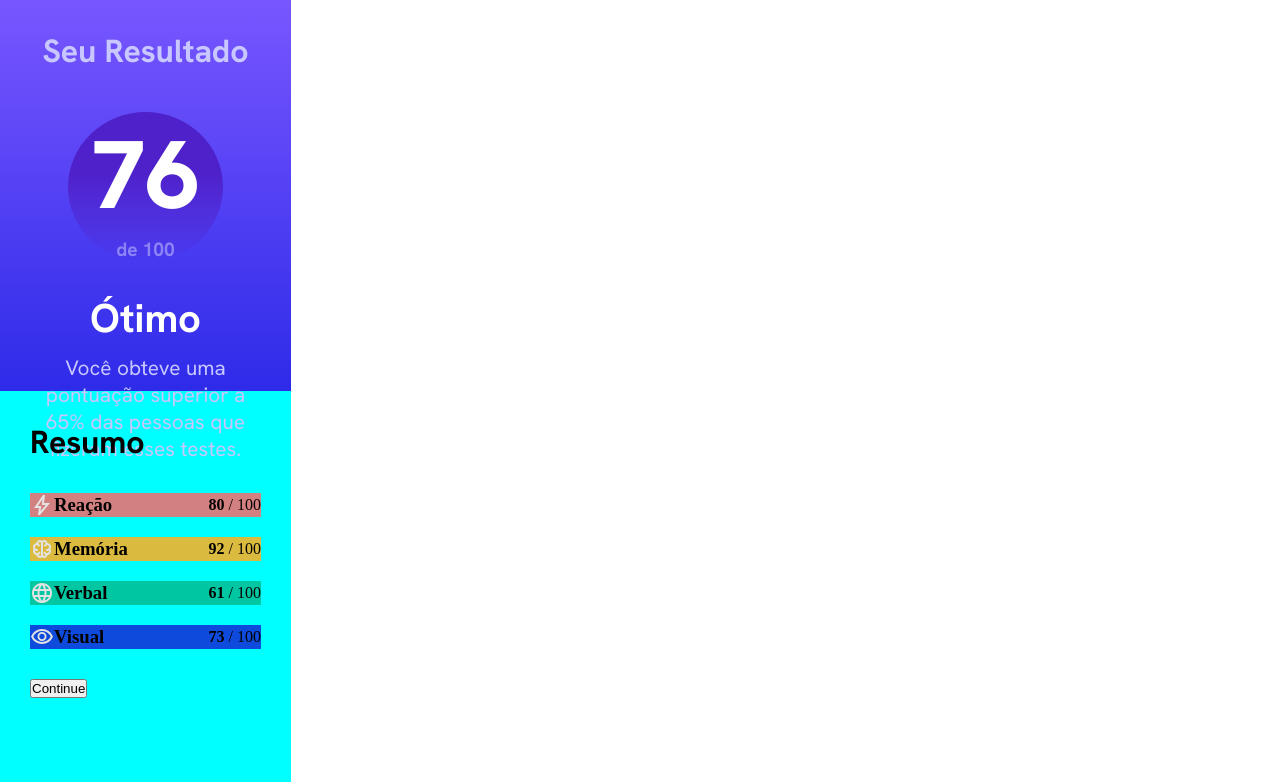
Repository: caique2512/resumo-de-resultados
Page: index.html
The author's editor kept a copy of each file at every save. The page is drawn from the files as they stood at one save, then again after a run of saves.
The browser window is 1280 px wide. The pictures show the whole page.

Above is the page before, as saved 2026-03-10 17:38:19.

### index.html
<!DOCTYPE html>
<html lang="pt-br">
<head>
    <meta charset="UTF-8">
    <meta name="viewport" content="width=device-width, initial-scale=1.0">
    <title>Resumo de Resultados</title>
    <link rel="stylesheet" href="src/css/estilos.css">
    <link rel="stylesheet" href="src/css/reset.css">
</head>
<body>
    <main class="conteudo">
        <div class="principal">
            <h1 class="titulo">Seu Resultado</h1>
            <div class="circulo">
                <h2>76</h2>
                <p>de 100</p>
            </div>
            <h2 class="avaliacao">Ótimo</h2>
            <p class="subtitle">Você obteve uma pontuação superior a 65% das pessoas que fizeram esses testes.</p>
        </div>
        <div class="resultado">
            <h1 class="titulo1">Resumo</h1>
            <div class="classes">
                <div class="resumo1">
                    <div>
                        <img src="./src/images/raio.svg" alt="Raio">
                        <h3>Reação</h3>
                    </div>
                    <p><strong>80</strong> / 100</p>
                </div>
                <div class="resumo2">
                    <div>
                        <img src="./src/images/memoria.svg" alt="Memória">
                        <h3>Memória</h3>
                    </div>
                    <p><strong>92</strong> / 100</p>
                </div>
                <div class="resumo3">
                    <div>
                        <img src="./src/images/mensagem.svg" alt="Mensagem">
                        <h3>Verbal</h3>
                    </div>
                    <p><strong>61</strong> / 100</p>
                </div>
                <div class="resumo4">
                    <div>
                        <img src="./src/images/olho.svg" alt="olho">
                        <h3>Visual</h3>
                    </div>
                    <p><strong>73</strong> / 100</p>
                </div>
            </div>
            <button class="btn-resumo">Continue</button>
        </div>
    </main>
</body>
</html>

### src/css/estilos.css
@import url('https://fonts.googleapis.com/css2?family=Hanken+Grotesk:ital,wght@0,100..900;1,100..900&display=swap');


.principal {
    background: linear-gradient(hsl(252, 100%, 67%), hsl(241, 81%, 54%));
    width: 291px;
    height: 391px;
    display: flex;
    flex-direction: column;
    align-items: center;
}

.titulo {
    color: hsl(241, 100%, 89%);
    font-family: "Hanken Grotesk";
    margin-top: 30px;
    font-size: 2rem;
}

.circulo {
    background: linear-gradient(hsla(256, 72%, 46%, 1) 40%, hsla(241, 72%, 46%, 0));
    width: 155px;
    height: 155px;
    border-radius: 50%;
    display: flex;
    align-items: center;
    justify-content: center;
    flex-direction: column;
    margin-top: 2.5rem;
}

.circulo h2 {
    font-size: 6rem;
    font-family: "Hanken Grotesk";
    font-weight: 800;
    color: hsl(0, 0%, 100%);
}

.circulo p {
    color: hsla(241, 100%, 89%, 0.538);
    font-family: "Hanken Grotesk";
    font-weight: 700;
    font-size: 1.2rem;
}

.principal .avaliacao {
    color: white;
    font-family: "Hanken Grotesk";
    margin-top: 30px;
    font-size: 2.5rem;

}

.principal .subtitle {
    color: hsl(241, 100%, 89%);
    font-family: "Hanken Grotesk";
    width: 230px;
    display: flex;
    text-align: center;
    margin: 10px;
    font-size: 1.3rem;
}

.resultado {
    background-color: aqua;
    width: 291px;
    height: 391px;
    padding: 30px;
}

.resultado .titulo1 {
    color: #000000;
    font-family: "Hanken Grotesk";
}

.resultado .classes {
    display: flex;
    flex-direction: column;
    gap: 20px;
    margin: 30px 0px;
}

.resultado .classes .resumo1 div {
    display: flex;
    align-items: center;
}

.resultado .classes .resumo1{
    display: flex;
    align-items: center;
    justify-content: space-between;
    background-color: hsla(0, 100%, 70%, 0.826);
}

.resultado .classes .resumo2 div {
    display: flex;
    align-items: center;
}

.resultado .classes .resumo2{
    display: flex;
    align-items: center;
    justify-content: space-between;
    background-color: hsla(39, 100%, 56%, 0.853);
}

.resultado .classes .resumo3 div {
    display: flex;
    align-items: center;
}

.resultado .classes .resumo3{
    display: flex;
    align-items: center;
    justify-content: space-between;
    background-color: hsla(166, 100%, 37%, 0.851);
}

.resultado .classes .resumo4 div {
    display: flex;
    align-items: center;
}

.resultado .classes .resumo4{
    display: flex;
    align-items: center;
    justify-content: space-between;
    background-color: hsla(234, 85%, 45%, 0.829);
}

### src/css/reset.css


* {
    margin: 0;
    padding: 0;
    box-sizing: border-box;
}

After the next 4 saves:
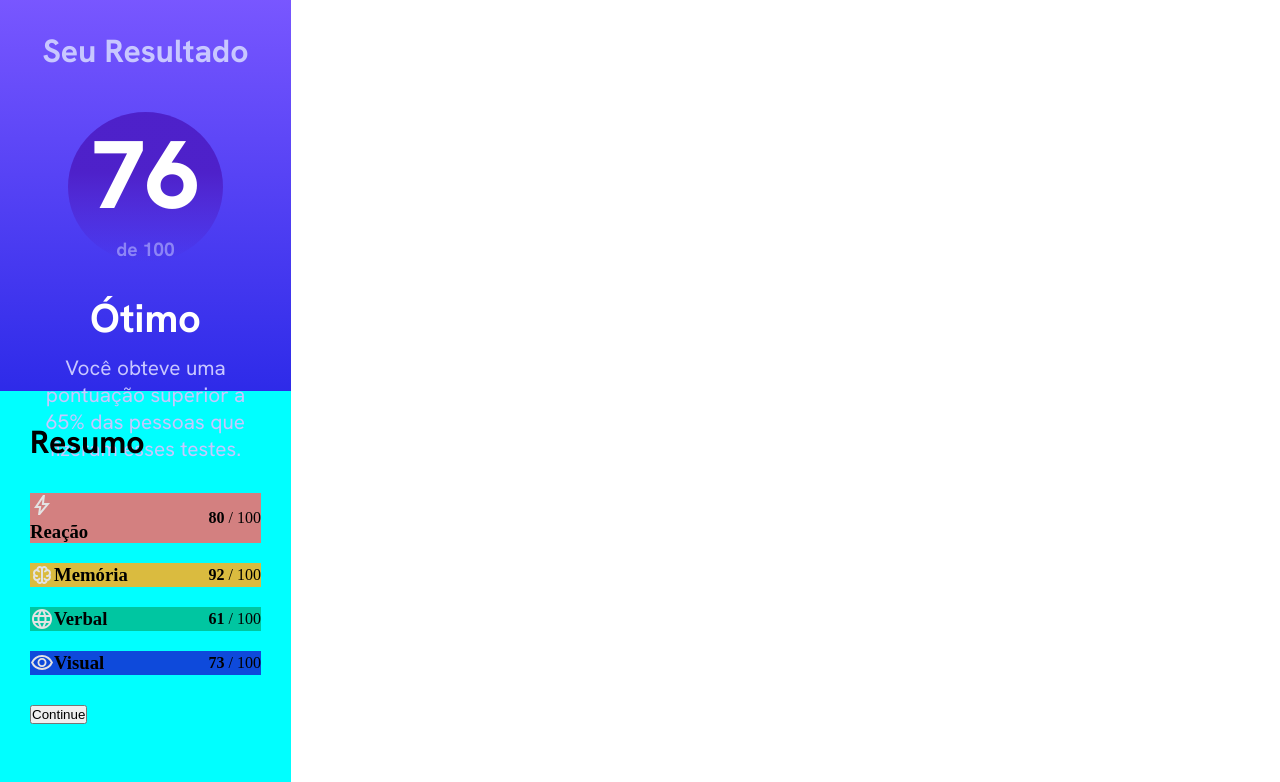
The 4 saves are shown as one change because they came seconds apart.
The last was saved 14 s later.
--- a/src/css/estilos.css
+++ b/src/css/estilos.css
@@ -80,6 +80,8 @@
     margin: 30px 0px;
 }
 
+.resultado .classes
+
 .resultado .classes .resumo1 div {
     display: flex;
     align-items: center;

After the 3 saves that followed:
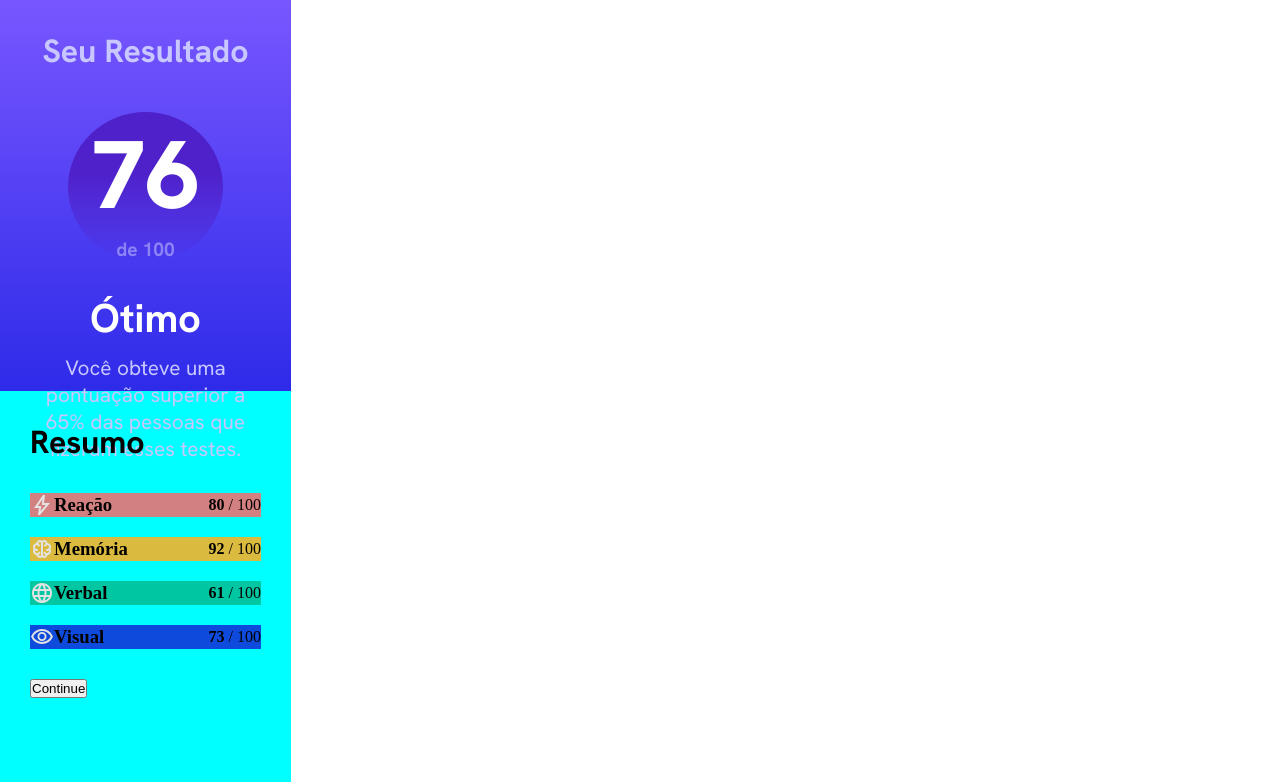
The 3 saves are shown as one change because 1 left the picture as it was and some came seconds apart.
The last was saved 38 s later.
--- a/src/css/estilos.css
+++ b/src/css/estilos.css
@@ -80,8 +80,6 @@
     margin: 30px 0px;
 }
 
-.resultado .classes
-
 .resultado .classes .resumo1 div {
     display: flex;
     align-items: center;
